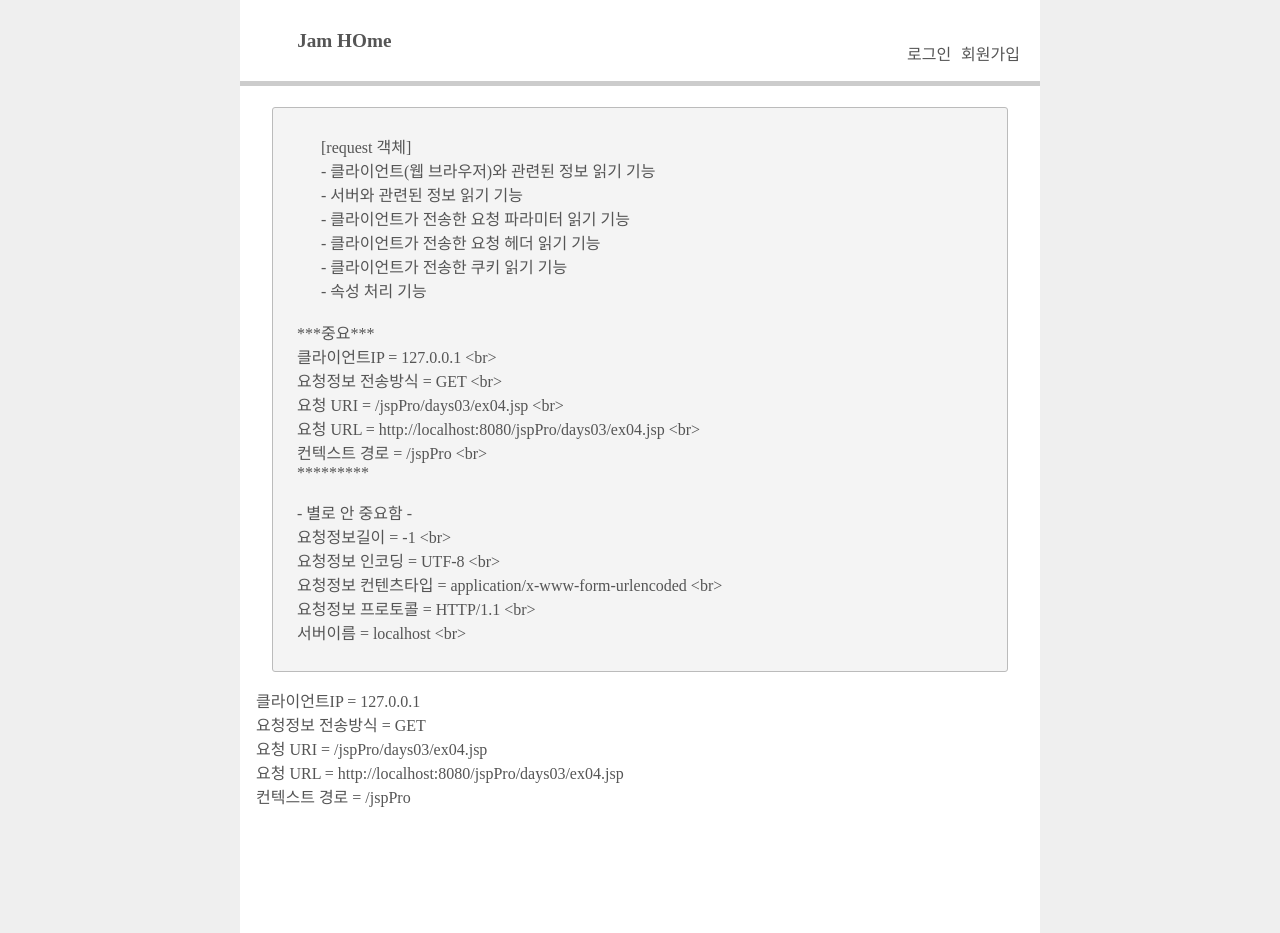
Repository: woals5636/JSPClass
Page: http://localhost/jspPro/days03/ex04.jsp
These files come from the project's save history. The page is drawn as it stood at one moment and after the next save; the edit follows.
The browser window is 1280 px wide. The pictures show the whole page.
Some web fonts or font styles are not loaded; a fallback is used. The page is served by Tomcat 9.

Above is the page before, as saved 2024-10-17 05:35:18.

After the next save:
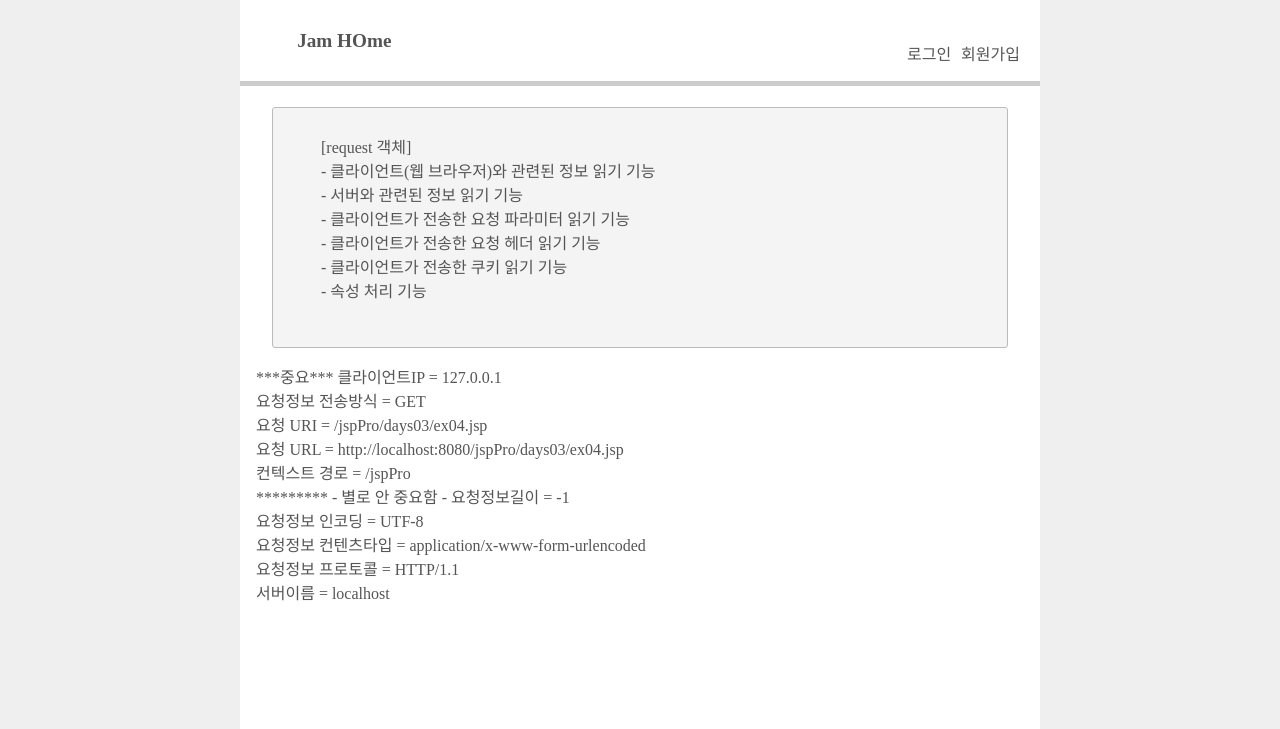
Saved 18 s later.
--- a/jspPro/src/main/webapp/days03/ex04.jsp
+++ b/jspPro/src/main/webapp/days03/ex04.jsp
@@ -34,6 +34,8 @@
 	- 클라이언트가 전송한 쿠키 읽기 기능
 	- 속성 처리 기능
 
+  </xmp>
+
   ***중요***
   클라이언트IP = <%= request.getRemoteAddr() %> <br>
   요청정보 전송방식 = <%= request.getMethod() %> <br>
@@ -48,13 +50,6 @@
   요청정보 컨텐츠타입 = <%= request.getContentType() %> <br>
   요청정보 프로토콜 = <%= request.getProtocol() %> <br>
   서버이름 = <%= request.getServerName() %> <br>
-  </xmp>
-
-  클라이언트IP = <%= request.getRemoteAddr() %> <br>
-  요청정보 전송방식 = <%= request.getMethod() %> <br>
-  요청 URI = <%= request.getRequestURI() %> <br>
-  요청 URL = <%= request.getRequestURL() %> <br>
-  컨텍스트 경로 = <%= request.getContextPath() %> <br>
 </div>
 </body>
 </html>
